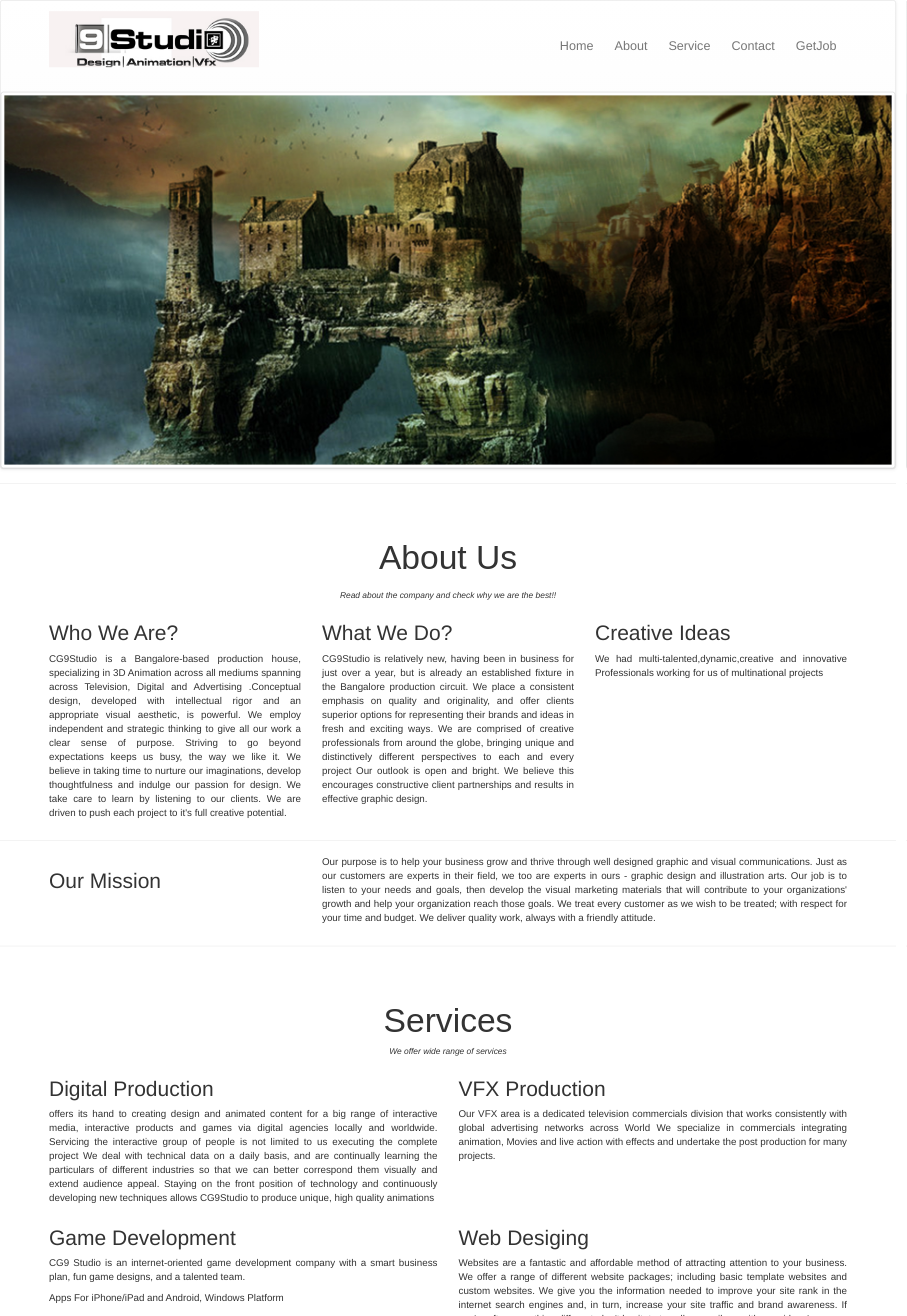
Repository: deepak6sp/BootstrapTheme1
Page: 9studio/WebContent/index.html
These files come from the project's save history. The page is drawn as it stood at one moment and after the next save; the edit follows.
The browser window is 1280 px wide. The page is 1295 px wide, so the pictures cover 1295 px, including what lies to the right of the window. The pictures show the part of the page from y = 0 to 1880 px (the page is 2679 px tall), at 70% of full size.
Some web libraries are served in a nearby version.

Above is the page before, as saved 2014-07-23 14:04:42.

### 9studio/WebContent/index.html
<!DOCTYPE html>
<html>
<head>
<meta charset="ISO-8859-1">
<title>Welcome To 9Studio</title>
<link rel="stylesheet" type="text/css" href="css/style.css">
<link rel="stylesheet" type="text/css" href="css/bootstrap.min.css">
<link rel="stylesheet" type="text/css" href="css/bootstrap-theme.min.css">
</head>
<body>
	<header class="navbar navbar-default">
		<div class="container">
			<div class="navbar-header">
				<a class="navbar-brand" href="#" title="9studio"><img src="images/logo.jpg"></a>
				<button class="navbar-toggle" data-toggle="collapse" data-target="#navheaderCollapse">
					<span class="icon-bar"></span>
			        <span class="icon-bar"></span>
			        <span class="icon-bar"></span>
	      		</button>
	      	</div>
	      	<br></br>
      		<div class="collapse navbar-collapse navbar-collapse-top" id="navheaderCollapse">
				<ul class="nav navbar-nav  navbar-right" >
					<li><a href="#">Home</a></li>
					<li><a href="#about-us">About</a></li>
					<li><a href="#service">Service</a></li>
					<li><a href="#contact">Contact</a></li>
					<li><a href="#getjob">GetJob</a></li>
				</ul>
			</div>
		</div>
		<br></br>
		<img src="images/home1.jpg" class="img-thumbnail">
	</header>
	<hr><br></br>
		<section id="about-us">
			<div class="container">
				<div class="row text-center"><h1>About Us</h1></div>
				<div class="row text-center"><h6>Read about the company and check why we are the best!!</h6></div>
			</div>
			<div class="container">
				<div class="row">
					<div class="col-md-4">
						<h2>Who We Are?</h2>
						<p class="text-justify">CG9Studio is a Bangalore-based production house, specializing in 3D Animation across all mediums spanning across Television,
						Digital and Advertising .Conceptual design, developed with intellectual rigor and an appropriate visual aesthetic, is powerful.
						We employ independent and strategic thinking to give all our work a clear sense of purpose. Striving to go beyond expectations
						keeps us busy, the way we like it. We believe in taking time to nurture our imaginations, develop thoughtfulness and indulge our
						passion for design. We take care to learn by listening to our clients. We are driven to push each project to it's full creative
						potential.</p>
					</div>
					<div class="col-md-4">
						<h2>What We Do?</h2>
						<p class="text-justify">CG9Studio is relatively new, having been in business for just over a year, but is already an established fixture in the Bangalore
						production circuit. We place a consistent emphasis on quality and originality, and offer clients superior options for representing
						their brands and ideas in fresh and exciting ways. We are comprised of creative professionals from around the globe, bringing unique
						and distinctively different perspectives to each and every project Our outlook is open and bright. We believe this encourages
						constructive client partnerships and results in effective graphic design.</p>
					</div>
					<div class="col-md-4">
						<h2>Creative Ideas</h2>
						<p class="text-justify"> We had multi-talented,dynamic,creative and innovative Professionals working for us of multinational projects</p>
					</div>
				</div>
			</div>
			<hr>
			<div class="container">
				<div class="row">
					<div class="col-md-4">
						<h2>Our Mission</h2>
					</div>
					<div class="col-md-8">
						<p class="text-justify">Our purpose is to help your business grow and thrive through well designed graphic and visual communications. Just as our
						customers are experts in their field, we too are experts in ours - graphic design and illustration arts. Our job is to listen
						to your needs and goals, then develop the visual marketing materials that will contribute to your organizations' growth and help
						your organization reach those goals. We treat every customer as we wish to be treated; with respect for your time and budget. We
						deliver quality work, always with a friendly attitude.
					</div>
				</div>
			</div>
		</section>

	<hr><br></br>
		<section id="service">
			<div class="container">
				<h1 class="row text-center">Services</h1>
				<h6 class="row text-center">We offer wide range of services</h6>
			</div>
			<div class="container">
				<div class="row">
					<div class="col-md-6">
						<h2>Digital Production</h2>
						<p class="text-justify"> offers its hand to creating design and animated content for a big range of interactive media, interactive products and games
						via digital agencies locally and worldwide.  Servicing the interactive group of people is not limited to us executing the complete
						project We deal with technical data on a daily basis, and are continually learning the particulars of different industries so that
						we can better correspond them visually and extend audience appeal. Staying on the front position of technology and continuously
						developing new techniques allows CG9Studio to produce unique, high quality animations</p>
					</div>
					<div class="col-md-6">
						<h2>VFX Production</h2>
						<p class="text-justify">Our VFX area is a dedicated television commercials division that works consistently with global advertising networks across
						World We specialize in commercials integrating animation, Movies and live action with effects and undertake the post production for
						many projects.</p>
					</div>
				</div>
			</div>
			<div class="container">
				<div class="row">
					<div class="col-md-6">
						<h2>Game Development</h2>
						<p class="text-justify">CG9 Studio is  an internet-oriented game development company with a smart business plan, fun  game designs, and a talented team.</P>
						<p class="text-justify">Apps For  iPhone/iPad and Android, Windows Platform</p>
					</div>
					<div class="col-md-6">
						<h2>Web Desiging</h2>
						<p class="text-justify">Websites are a fantastic and affordable method of  attracting attention to your business. We offer a range of different website
						packages; including basic template websites and custom websites. We give you the  information needed to improve your site rank in the
						internet search engines  and, in turn, increase your site traffic and brand awareness.  If you're  after something different, don't
						hesitate to call or email me with your ideas!</p>
					</div>
				</div>
			</div>
		</section>

	<hr><br></br>
		<section id="contact">
			<div class="container">
				<h1 class="row text-center">Contact Us</h1>
				<h6 class="row text-center">Get In Touch</h6>
			</div>
			<div class="container">
				<form class="row">
					<div class="col-md-6">
						<div class="form-group">
							<input type="text" class="form-control" placeholder="Full Name"/>
						</div>
						<br />
						<div class="form-group">
							<input type="email" class="form-control" placeholder="Email Address">
						</div>
						<br />
					</div>
					<div class="col-md-6">
						<div class="form-group">
							<input type="text" class="form-control" placeholder="Company Name">
						</div>
						<br />
						<div class="form-group">
							<input type="number" class="form-control" placeholder="Phone Number">
						</div>
						<br />
					</div>
					<div class="col-md-12">
						<div class="form-group">
							<textarea class="form-control" placeholder="Additional Comments"></textarea>
						</div>
					</div>
				</form>
			</div>
		</section>

	<hr><br></br>
		<section id="getjob">
			<div id="container" >
				<div class="row text-center" style="height:300px;">
					<h1 >Love Your Job</h1>
					<h6 >CG9Studio is looking for amazing people for our team.If you have unusual skills and you like working with big clients, just send your CV!</h6>
					<h6 ><button type="button" class="btn btn-info">Send you CV</button></h6>
				</div>
			</div>
		</section>
		<!-- <footer class="navbar navbar-inverse navbar-fixed-bottom">
			<div class="container">
				<div class="row text-center">
					<h5> Copyright @ Designed By Deepak,Melbourne</h5>
				</div>
			</div>
		</footer> -->

	<script src="http://ajax.googleapis.com/ajax/libs/jquery/1.11.1/jquery.min.js"></script>
	<script src="js/bootstrap.min.js"></script>
	<script src="js/script.js"></script>
</body>
</html>

### 9studio/WebContent/css/style.css
@CHARSET "ISO-8859-1";

div h1{
	font-family:Arial,Helvetica,sans-serif;
	font-size:48px;
}

div h6{
	font-style:italic;
}

div h5{
	color:white;
}
div ul li a{
	color:grey;
	font-size:18px;
}

div ul li a:hover{
	font-style:bold;
}

### 9studio/WebContent/js/script.js
$(document).ready(function(){
		$('a[href^="#"]').on('click',function (e) {
		    e.preventDefault();

		    var target = this.hash,
		    $target = $(target);

		    $('html, body').stop().animate({
		        'scrollTop': $target.offset().top
		    }, 900, 'swing', function () {
		        window.location.hash = target;
		    });
		});
	});

Loaded but not shown: 9studio/WebContent/css/bootstrap.min.css (library); 9studio/WebContent/css/bootstrap-theme.min.css (library); 9studio/WebContent/js/bootstrap.min.js (library)

After the next save:
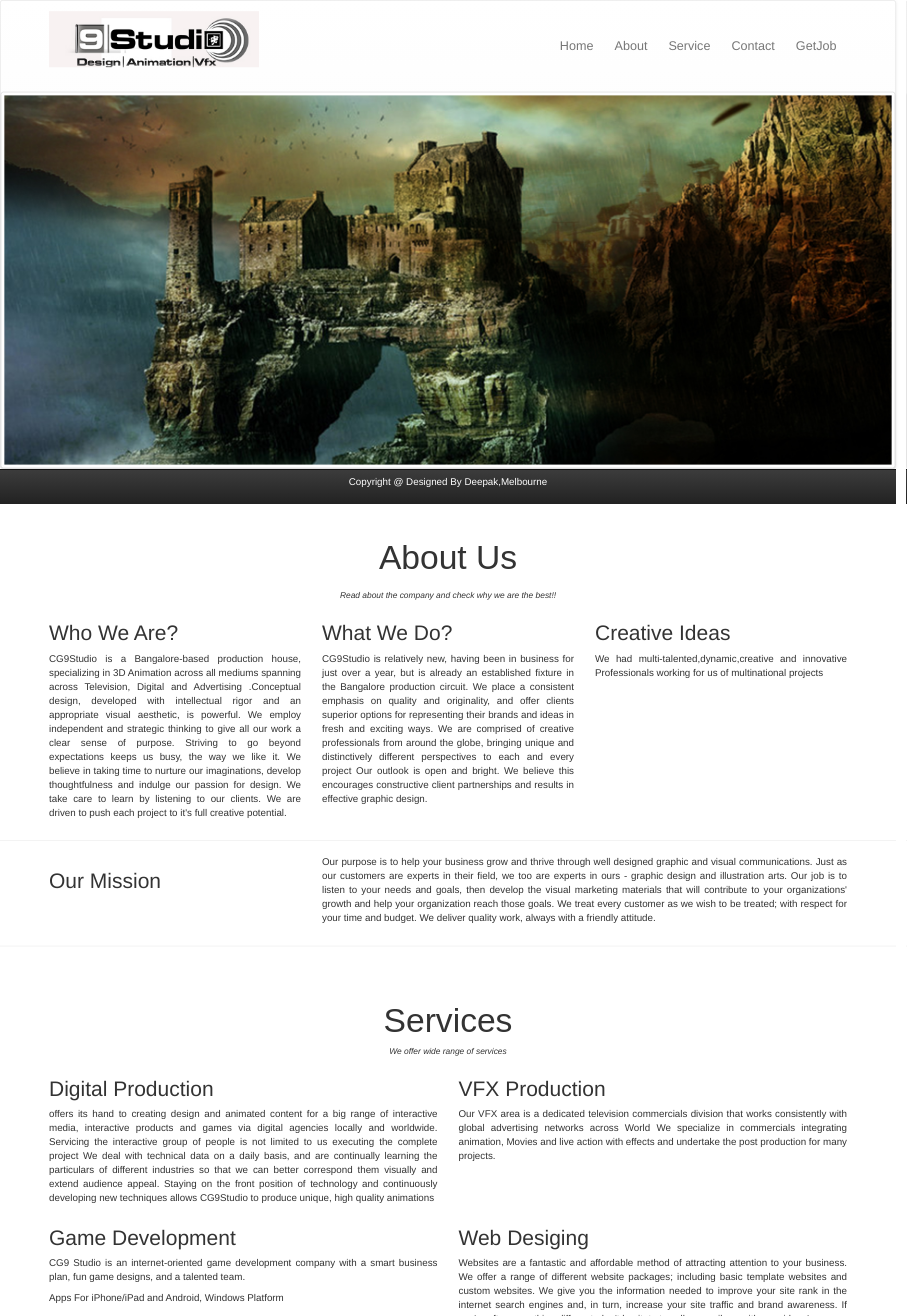
Saved 10 s later.
--- a/9studio/WebContent/index.html
+++ b/9studio/WebContent/index.html
@@ -169,13 +169,13 @@
 				</div>
 			</div>
 		</section>
-		<!-- <footer class="navbar navbar-inverse navbar-fixed-bottom">
+		<footer class="navbar navbar-inverse navbar-fixed-bottom">
 			<div class="container">
 				<div class="row text-center">
 					<h5> Copyright @ Designed By Deepak,Melbourne</h5>
 				</div>
 			</div>
-		</footer> -->
+		</footer>
 
 	<script src="http://ajax.googleapis.com/ajax/libs/jquery/1.11.1/jquery.min.js"></script>
 	<script src="js/bootstrap.min.js"></script>
